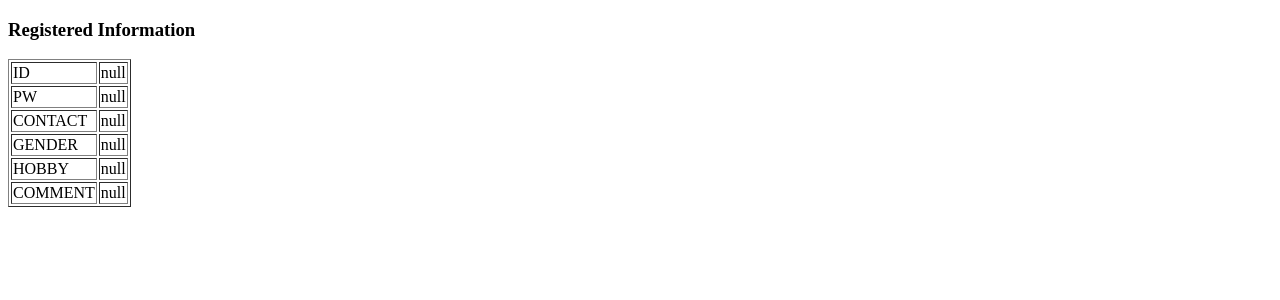
Repository: yeobleeme/06_jsp_basic
Page: http://localhost/jsp01_basic/exercise/jsp_member_process.jsp
These files come from the project's save history. The page is drawn as it stood at one moment and after the next save; the edit follows.
The browser window is 1280 px wide. The pictures show the whole page.
The page is served by Tomcat 9. Nobody is signed in. The application's start-up code is not run.

Above is the page before, as saved 2023-05-10 08:16:46.

After the next save:
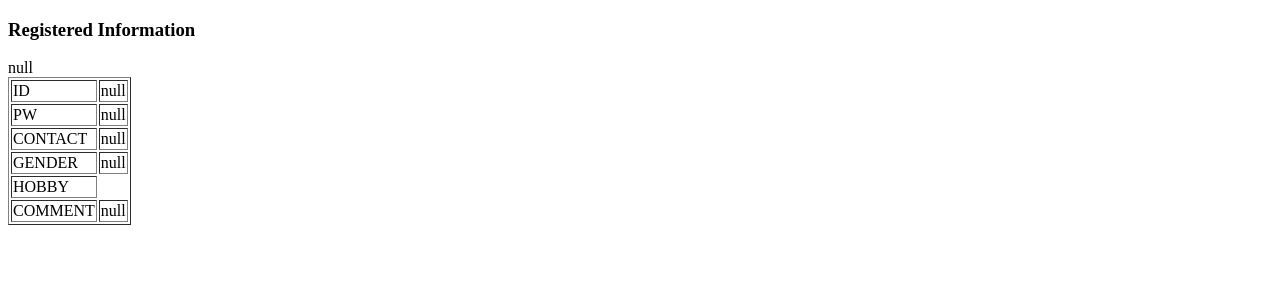
Saved 15 s later.
--- a/jsp01_basic/WebContent/exercise/jsp_member_process.jsp
+++ b/jsp01_basic/WebContent/exercise/jsp_member_process.jsp
@@ -30,19 +30,17 @@
 	</tr>
 	<tr>
 	<td>HOBBY</td>
-	<td>
 	<%= request.getParameterValues("hobbies") %>
 	<%
 		String[] hobbies = request.getParameterValues("hobbies");
 		if(hobbies != null) {
 			for(String hobby:hobbies) {
 	%>
-				<td><%= hobby %> <br>
+				<td><%= hobby %> <br></td>
 	<%
 			}
 		}
 	%>
-	</td>
 	</tr>
 	<tr>
 	<td>COMMENT</td>

After the save that followed:
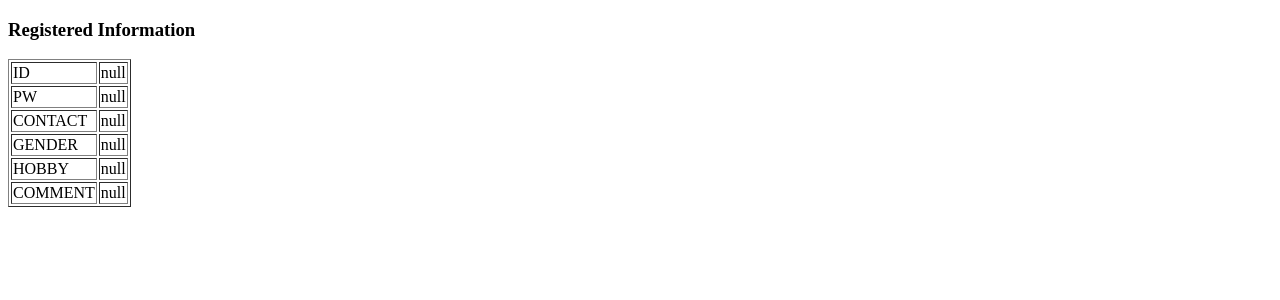
Saved 17 s later.
--- a/jsp01_basic/WebContent/exercise/jsp_member_process.jsp
+++ b/jsp01_basic/WebContent/exercise/jsp_member_process.jsp
@@ -30,17 +30,19 @@
 	</tr>
 	<tr>
 	<td>HOBBY</td>
+	<td>
 	<%= request.getParameterValues("hobbies") %>
 	<%
 		String[] hobbies = request.getParameterValues("hobbies");
 		if(hobbies != null) {
 			for(String hobby:hobbies) {
 	%>
-				<td><%= hobby %> <br></td>
+				<%= hobby %> <br>
 	<%
 			}
 		}
 	%>
+	</td>
 	</tr>
 	<tr>
 	<td>COMMENT</td>
